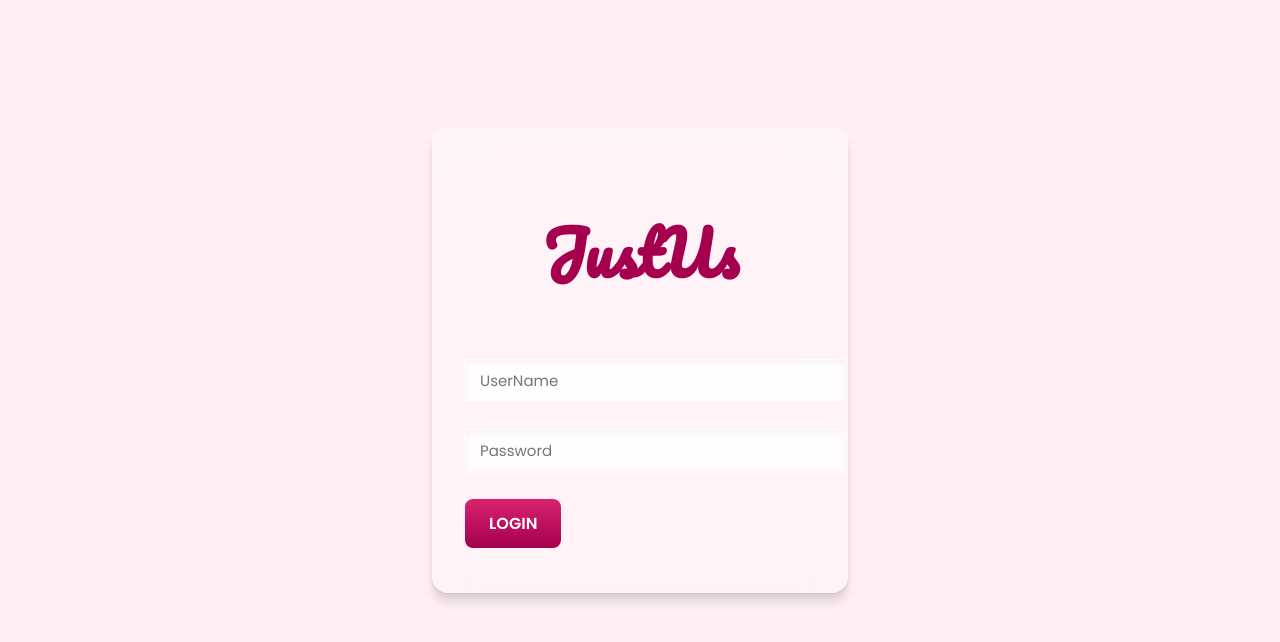
Repository: AfifaNoor/JustUs_ReactJs
Page: /
These files come from the project's save history. The page is drawn as it stood at one moment and after the next save; the edit follows.
The browser window is 1280 px wide. The pictures show the whole page.
The project was rebuilt for these pictures with package versions that can differ from the ones it lists, and the page was loaded fresh each time.

Above is the page before, as saved 2025-07-14 16:13:51.

### public/index.html
<!DOCTYPE html>
<html lang="en">
  <head>
    <meta charset="utf-8" />
    <link rel="icon" href="%PUBLIC_URL%/favicon.ico" />
    <link href="https://fonts.googleapis.com/css2?family=Poppins:wght@300;400;500;600;700&family=Pacifico&display=swap" rel="stylesheet">
    <meta name="viewport" content="width=device-width, initial-scale=1" />
    <meta name="theme-color" content="#000000" />
    <meta
      name="description"
      content="Web site created using create-react-app"
    />
    <link rel="apple-touch-icon" href="%PUBLIC_URL%/logo192.png" />
    <!--
      manifest.json provides metadata used when your web app is installed on a
      user's mobile device or desktop. See https://developers.google.com/web/fundamentals/web-app-manifest/
    -->
    <link rel="manifest" href="%PUBLIC_URL%/manifest.json" />
    <!--
      Notice the use of %PUBLIC_URL% in the tags above.
      It will be replaced with the URL of the `public` folder during the build.
      Only files inside the `public` folder can be referenced from the HTML.

      Unlike "/favicon.ico" or "favicon.ico", "%PUBLIC_URL%/favicon.ico" will
      work correctly both with client-side routing and a non-root public URL.
      Learn how to configure a non-root public URL by running `npm run build`.
    -->
    <title>Just Us</title>
  </head>
  <body>
    <noscript>You need to enable JavaScript to run this app.</noscript>
    <div id="root"></div>
    <!--
      This HTML file is a template.
      If you open it directly in the browser, you will see an empty page.

      You can add webfonts, meta tags, or analytics to this file.
      The build step will place the bundled scripts into the <body> tag.

      To begin the development, run `npm start` or `yarn start`.
      To create a production bundle, use `npm run build` or `yarn build`.
    -->
  </body>
</html>

### src/App.js
import React from 'react'
import LoginPage from './LoginPage'

const App = () => {
  return (
    <div>
      <LoginPage/>
    </div>
  )
}

export default App

### src/LoginPage.jsx
import React from 'react';
import "./LoginPage.css"

const LoginPage = () => {
  return (
    <div className='login-container'>
      <form className='form-container'>
      <div className='logo'>
        <h1> JustUs </h1>
      </div>
      <input
      className='form-input'
      type='text'
      placeholder='UserName'
      required

      />
      <input
      className='form-input'
      type='password'
      placeholder='Password'
      required

      />
      <div>
        <button className='btn-login'> Login</button>
      </div>

      </form>
    </div>
  )
}

export default LoginPage

### src/LoginPage.css
.login-container {
  width: 100%;
  height: 100vh;
  opacity: 1;
  transform: rotate(0deg);
  display: flex;
  justify-content: center;
  align-items: center;
  /* background: linear-gradient(#FFEFF4, #FDEAEF); */
  background-color: #FFEFF4;
  flex-direction: column;
  position: relative;
  font-family: 'Poppins', sans-serif;


}

h1,h2,h3 {
  color: #A4004E;
  font-weight: 700;

}

.logo {
  font-family: 'Pacifico', cursive;
  font-size: 30px;
  text-align: center;
}

.btn-login {
  background: linear-gradient(180deg, #D9236E 0%, #A4004E 100%);
  color: #ffffff;
  border: none;
  padding: 12px 24px;
  border-radius: 8px;
  font-weight: 600;
  font-size: 16px;
  text-transform: uppercase;
  font-family: 'Poppins', sans-serif;
  margin-bottom: 20px;
  text-align: center;
  cursor: pointer;
  transition: 0.3s ease;
}

.btn-login:hover {
  transform: scale(1.05);
  background: linear-gradient(180deg, #A4004E 0%, #D9236E 100%);
}

.form-container{
    width: 350px;
    height: 400px;
    border-radius: 16px;
    padding: 32px;
    gap:14px;
    flex-direction: column;
    display: flex;
    z-index: 1;
    background: rgba(255, 255, 255, 0.25);
    border: 1px solid rgba(255, 255, 255, 0.2);
    border-image-slice: 1;
    -webkit-backdrop-filter: blur(20px);
    backdrop-filter: blur(20px);

    box-shadow:
  0px 10px 10px 0px rgba(0, 0, 0, 0.10),
  0px 4px 4px 0px rgba(0, 0, 0, 0.05),
  0px 1px 0px 0px rgba(0, 0, 0, 0.05),
  inset 0px 20px 50px 0px rgba(255, 255, 255, 0.15);
}

.form-input{
    width: 100%;
    height: 20px;
    padding: 10px 14px;
    font-size: 15px;
    min-width: 140px;
    max-width: 500px;
    transform: rotate(0deg);
    font-family: 'Poppins', sans-serif;
    opacity: 1;
    margin-bottom: 14px;
    border: 1px solid transparent;
    cursor: pointer;
    font-family: 'Poppins', sans-serif;
    background: rgba(255, 255, 255, 0.8);
    box-shadow: inset 0 2px 6px rgba(0,0,0,0.05);
    transition: border-color 0.2s;

}

Loaded but not shown: src/index.js (common file); src/index.css (common file); src/reportWebVitals.js (common file)

After the next save:
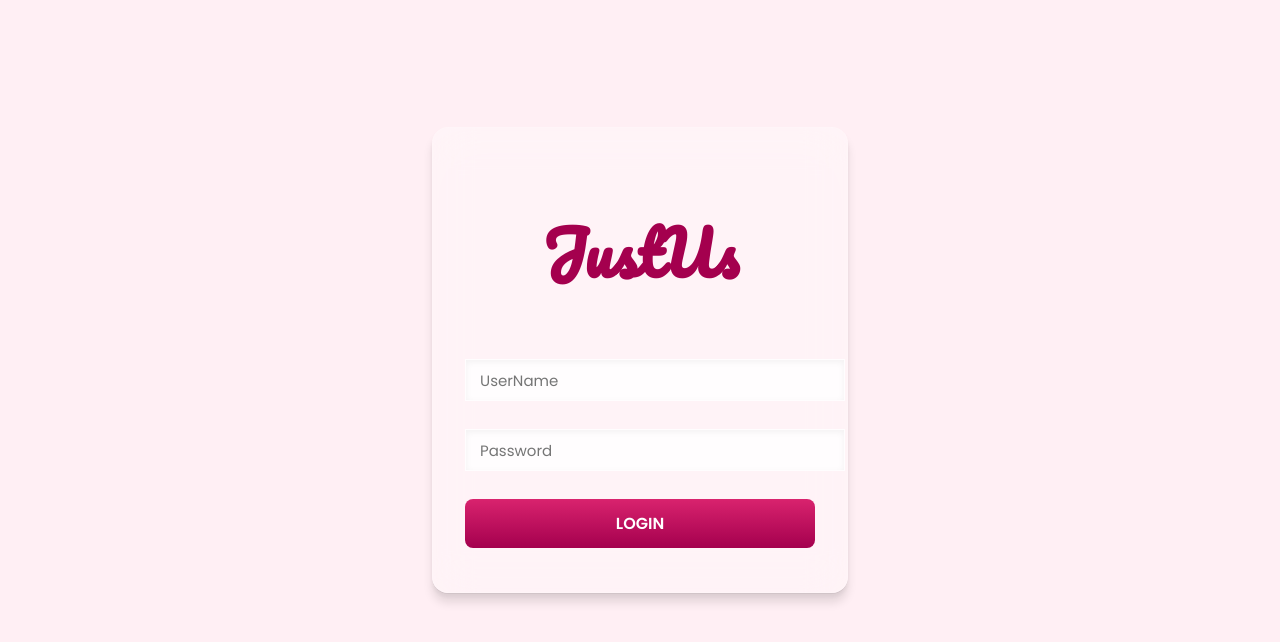
Saved 42 s later.
--- a/src/LoginPage.jsx
+++ b/src/LoginPage.jsx
@@ -22,9 +22,9 @@
       required
 
       />
-      <div>
-        <button className='btn-login'> Login</button>
-      </div>
+      <button
+      className='btn-login'>
+       Login</button>
 
       </form>
     </div>
